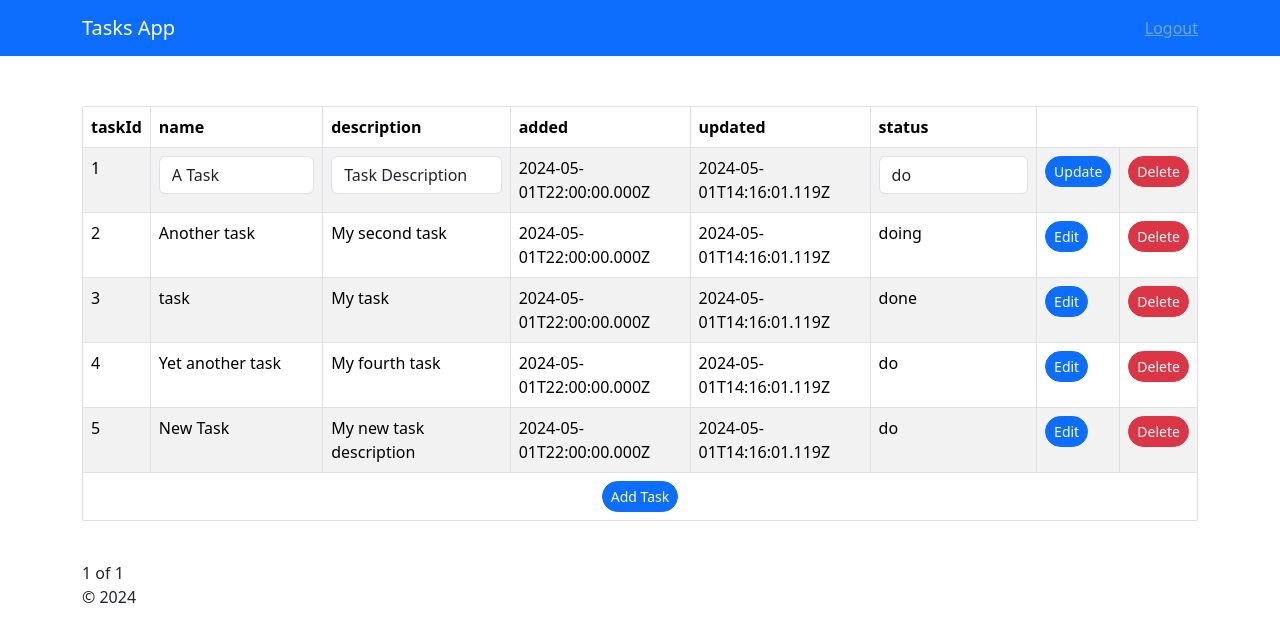
Repository: trider/react-task-manager
Page: /#/tasks, after clicking the first element matching `button.btn`
An editor plug-in stored every save of this project. The page is shown before and after the next save, followed by the edit.
The browser window is 1280 px wide. The pictures show the whole page.
The project was rebuilt for these pictures with package versions that can differ from the ones it lists, and the page was loaded fresh each time. Also part of the build but not shown: src/App.css, src/data/_Users.js, src/pages/Login.js.

Above is the page before, as saved 2024-05-07 17:51:58.

After the next save:
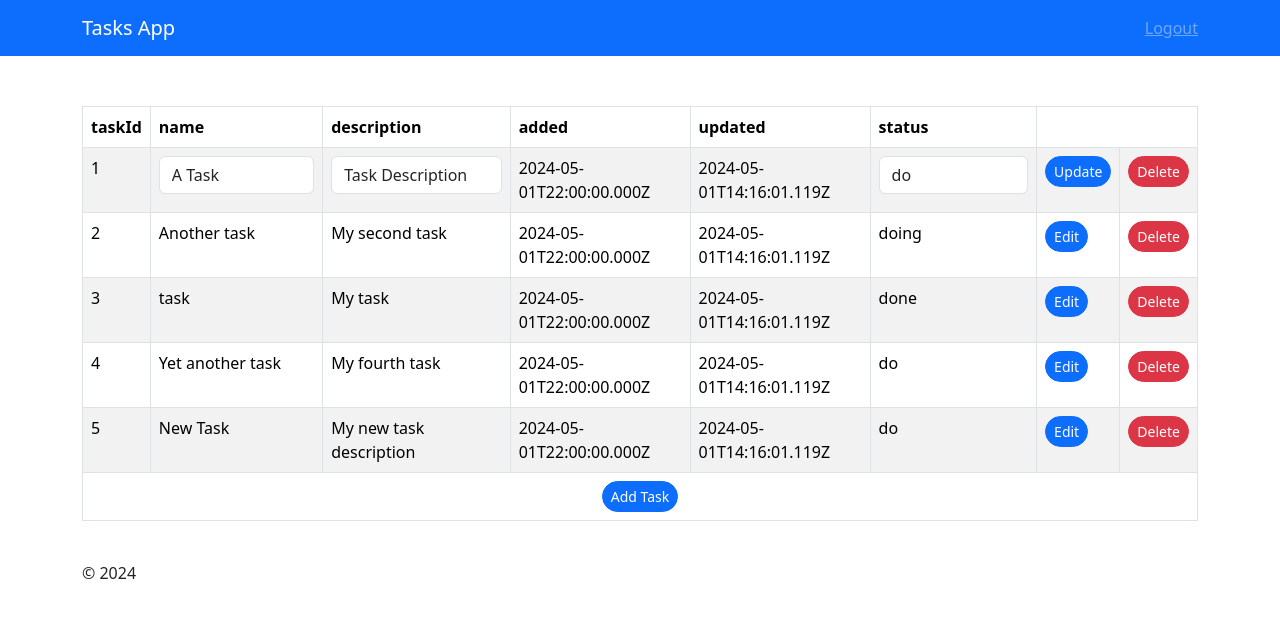
Saved 15 s later.
--- a/src/components/Footer.js
+++ b/src/components/Footer.js
@@ -9,9 +9,8 @@ const Footer = () => {
     <footer style={{paddingTop:'10%'}} className='class="d-flex flex-wrap justify-content-between align-items-center py-3 my-4 border-top">'>
       <Container >
       <Row>
-        <Col>1 of 1</Col>
+        <Col>&copy; 2024</Col>
       </Row>
-        <p>&copy; 2024</p>
       </Container>
     </footer>
   );
